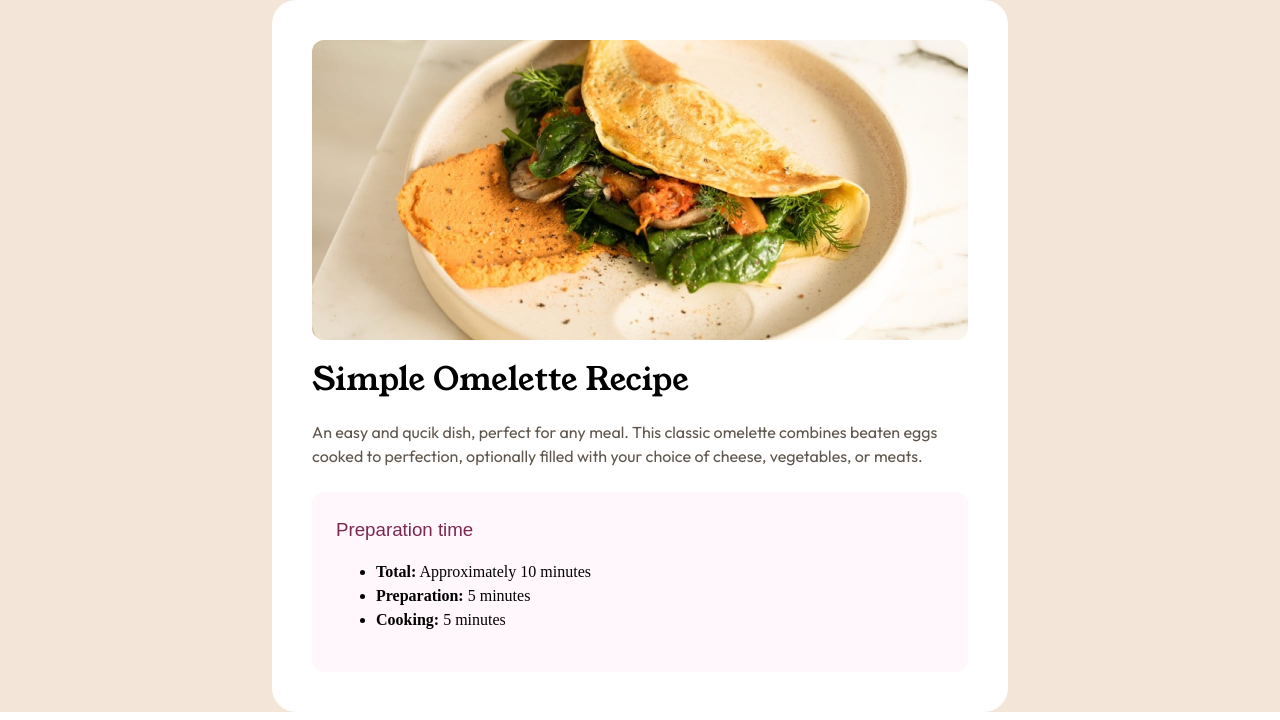
Repository: brandontaylor1/recipe-page
Page: index.html
An editor plug-in stored every save of this project. The page is shown before and after the next save, followed by the edit.
The browser window is 1280 px wide. The pictures show the whole page.

Above is the page before, as saved 2024-12-28 22:05:30.

### index.html
<!DOCTYPE html>
<html lang="en">
<head>
    <meta charset="UTF-8">
    <meta name="viewport" content="width=device-width, initial-scale=1.0">
    <link rel="preconnect" href="https://fonts.googleapis.com">
    <link rel="preconnect" href="https://fonts.gstatic.com" crossorigin>
    <link href="https://fonts.googleapis.com/css2?family=Outfit:wght@100..900&family=Young+Serif&display=swap" rel="stylesheet">
    <link rel="stylesheet" href="styles.css">
    <title>Recipe Page</title>
</head>
<body>
    <main class="container">
        <div class="recipe-card">
            <div class="recipe-title-content">
                <img src="./assets/images/image-omelette.jpeg" alt="recipe-image">
                <h1>Simple Omelette Recipe</h1>
                <p>An easy and qucik dish, perfect for any meal. This classic omelette combines beaten eggs cooked to perfection, optionally filled with your choice of cheese, vegetables, or meats. </p>
            </div>
            <div class="preparation-container">
                <h3>Preparation time</h3>
                <ul class="preparation-time">
                    <li><strong>Total:</strong> Approximately 10 minutes</li>
                    <li><strong>Preparation:</strong> 5 minutes</li>
                    <li><strong>Cooking:</strong> 5 minutes</li>
                </ul>
            </div>
            <div class="ingredients-container">

            </div>
            <div class="instructions-container">

            </div>
            <div class="nutrition-container">

            </div>
        </div>


    </main>



    <script src="index.js"></script>
</body>
</html>

### styles.css
*,
*::before,
*::after {
    box-sizing: border-box;
}

body,
h1,
h2,
h3,
h4,
h5,
h6,
p,
figure,
picture {
    margin: 0;
}

body {
    line-height: 1.5;
    min-height: 100vh;
}

img,
picture {
    max-width: 100%;
    display: block;
}

input,
button,
textarea,
select {
    font: inherit;
}

@media (prefers-reduced-motion: reduce) {
    *,
    *::before,
    *::after {
      animation-duration: 0.01ms !important;
      animation-iteration-count: 1 !important;
      transition-duration: 0.01ms !important;
      scroll-behavior: auto !important;
    }
  }

  /* UTILITY CLASSES */
  /* .flex{
    display: flex;
    gap: var(--gap, 1rem);
  }

  .grid {
    display: grid;
    gap: var(--gap, 1rem);
  }

  .container {
    padding: 0 2rem;
    margin: 0 auto;
    max-width: 80rem;
  }

  .sr-only {
    position: absolute;
    width: 1px;
    height: 1px;
    padding: 0;
    margin: -1px;
    overflow: hidden;
    clip: rect(0, 0, 0, 0);
    white-space: nowrap;
    border-width: 0;
  }

  .backgroundColor {
    background-color: var(--color-rose-50);
  } */




:root {
    /* COLORS */
    --color-rose-800: #7A284E;
    --color-rose-50: #FFF7FB;

    --color-stone-900: #312E2C;
    --color-stone-600: #5F564D;
    --color-stone-150: #E3DDD7;
    --color-stone-100: #F3E5D7;

    --color-brown-800: #854632;

    --color-white: #FFFFFF;
    --color-black: #000000;

    /* FONTS */
    /* @font-face {
        font-family: "YoungSerif-Regular", sans-serif;
        src: url(./fonts/YoungSerif-Regular.ttf) format('ttf');
    }

    @font-face {
        font-family: "Outfit-SemiBold", sans-serif;
        src: url(./fonts/Outfit-SemiBold.ttf) format('ttf');
    }

    @font-face {
        font-family: "Outfit-Bold", sans-serif;
        src: url(./fonts/Outfit-Bold.ttf) format('ttf');
    }

    @font-face {
        font-family: "Outfit-Regular", sans-serif;
        src: url(./fonts/Outfit-Regular.ttf) format('ttf');
    } */

    /* FONT SIZES */
    /* --fs-h1: 9.375rem;
    --fs-h2: 1.75rem;
    --fs-h3: 1.25rem;
    --fs-p: 1rem; */

}

.container {
    display: flex;
    flex-direction: column;
    align-items: center;
    justify-content: center;
    padding: 0 2rem;
    margin: 0 auto;
    max-width: 80rem;
    background-color: var(--color-stone-100);

}

.recipe-card {
    display: flex;
    flex-direction: column;
    align-items: flex-start;
    justify-content: space-between;
    width: 736px;
    padding: 40px;
    background-color: var(--color-white);
    border-radius: 24px;

}

.recipe-card img {
    width: 100%;
    border-radius: 12px;
}

.recipe-card h1 {
    padding: 1rem 0;
    font-family: "Young Serif", sans-serif;
    font-weight: 200;
}

.recipe-title-content p {
    color: var(--color-stone-600);
    font-family: "Outfit", sans-serif;
    font-size: 1rem;
    font-weight: 200
    line-height: 24px;
}

.preparation-container {
    display: flex;
    flex-direction: column;
    align-items: flex-start;
    width: 100%;
    margin-top: 24px;
    padding: 24px;
    border-radius: 12px;;
    background-color: var(--color-rose-50);
}

.preparation-container h3 {
    font-family: "Outfit-Bold", sans-serif;
    font-weight: 500;
    color: var(--color-rose-800);
}

.preparation-container p {
    font-family: "Outfit", sans-serif;
}

Loaded but not shown: index.js (common file)

After the next save:
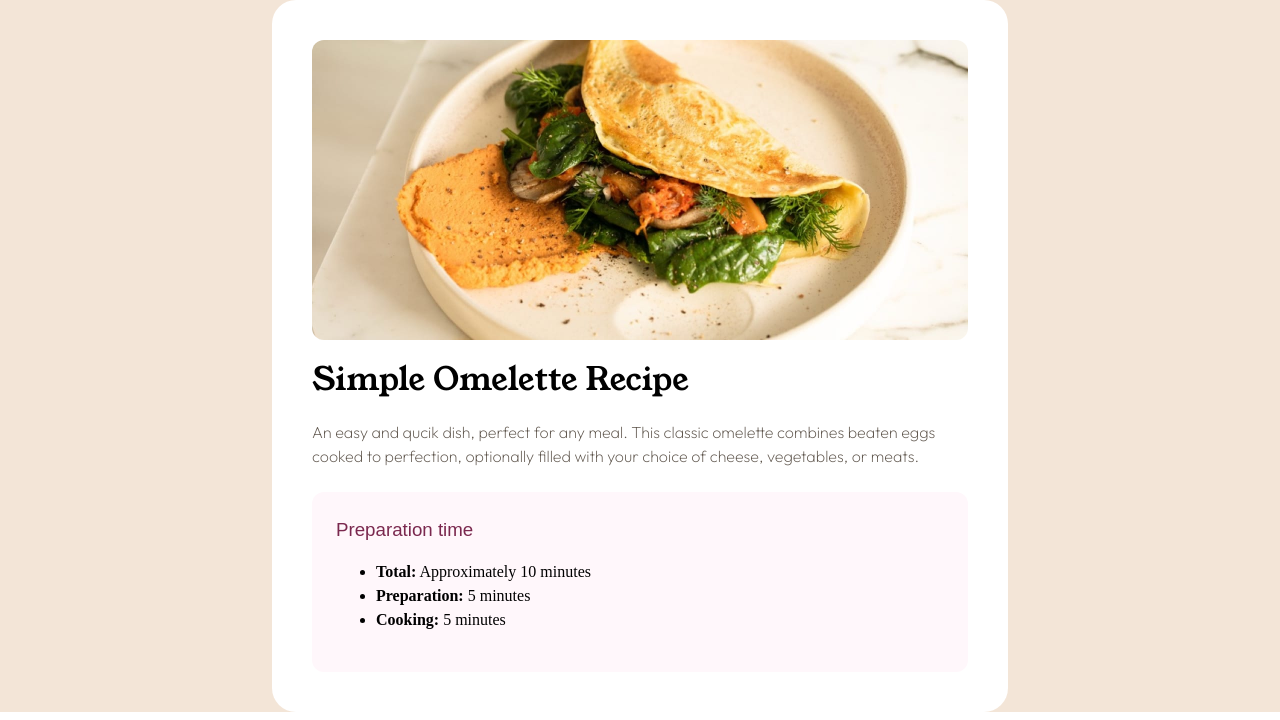
Saved 32 s later.
--- a/styles.css
+++ b/styles.css
@@ -165,7 +165,7 @@
     color: var(--color-stone-600);
     font-family: "Outfit", sans-serif;
     font-size: 1rem;
-    font-weight: 200
+    font-weight: 200;
     line-height: 24px;
 }
 
